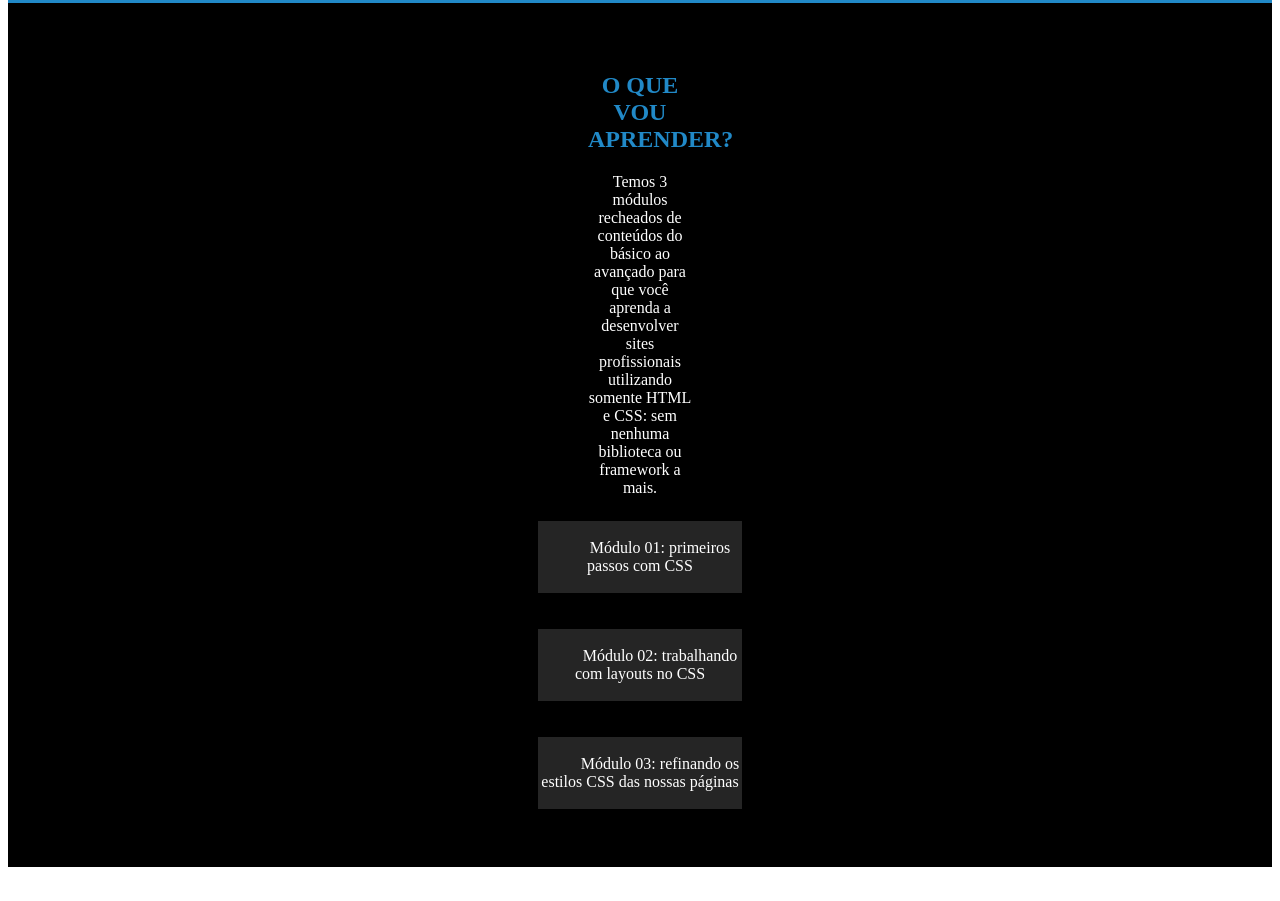
Repository: gustavotwist/trilha-css-desafio-01
Page: index.html
An editor plug-in stored every save of this project. The page is shown before and after a run of saves, followed by the edit.
The browser window is 1280 px wide. The pictures show the part of the page from y = 449 to 1350 px (the page is 2143 px tall before and 2179 px after).
A picture or video elsewhere on the page could not be fetched, so the positions and the page height are approximate.

Above is the page before, as saved 2024-07-15 18:55:26.

### index.html
<!DOCTYPE html>
<html lang="en">
<head>
  <meta charset="UTF-8">
  <meta http-equiv="X-UA-Compatible" content="IE=edge">
  <meta name="viewport" content="width=device-width, initial-scale=1.0">
  <title>Trilha de CSS - DIO</title>
  <link rel="stylesheet" href="global.css">
</head>
<body>
  <header class="banner">
    <div class="banner-content">
      <div class="logo">
        <img src="assets/images/logo.png" title="Logotipo Trilha de CSS DIO" alt="Logotipo Trilha de CSS DIO">
      </div>
      <h1>Trilha de CSS da DIO</h1>
      <p>A nova Trilha de CSS da DIO está disponível. Acesse já e aprenda do zero como desenvolver sites profissionais.</p>
      <button>Quero me inscrever</button>
    </div>
  </header>
  <main>
    <section id="course-content">
      <h2>O que vou aprender?</h2>
      <p>
        Temos 3 módulos recheados de conteúdos do básico ao avançado para que você aprenda a
        desenvolver sites profissionais utilizando somente HTML e CSS: sem nenhuma biblioteca ou framework a mais.
      </p>
      <div class="modules-list">
        <div class="module">
          <span>Módulo 01:</span> primeiros passos com CSS
        </div>
        <div class="module">
          <span>Módulo 02:</span> trabalhando com layouts no CSS
        </div>
        <div class="module">
          <span>Módulo 03:</span> refinando os estilos CSS das nossas páginas
        </div>
      </div>
    </section>
    <section id="transform-world">
      <p>TRANSFORME O MUNDO COM A GENTE</p>
    </section>
    <section id="professional-challenges">
      <h2>Evolua e encare novos desafios profissionais</h2>
      <img src="assets/images/professional-challenges.png" title="Homem lendo depoimentos em um tablet" alt="Homem lendo depoimentos em um tablet">
      <p>
        Junte-se ao nosso ecossistema e transforme o mundo com a gente! Todos os dias dezenas de empresas
        acessam a nossa plataforma em busca dos talentos mais criativos, dinâmicos e colaborativos,
        além do conhecimento técnico.
        A nossa missão é te preparar para que você conecte-se com as melhores oportunidades.
      </p>
    </section>
  </main>
  <footer>
    <img class="dio-logo" src="assets/images/dio-logo.png" title="Logotipo DIO com o texto make the change" alt="Logotipo DIO com o texto make the change">
    <p>Acesse <a href="https://dio.me">dio.me</a> e se cadastre agora</p>
  </footer>
</body>
</html>

### global.css
.banner {
    background:url('/assets/images/banner.png'), no-repeat, linear-gradient(to bottom, #030709, #030709 10%, #0a1b23 50%, #030709 95%);
    color:white;
}

h1, h2 {
    color:#2189c7;
    text-transform:uppercase;
}

.banner-content {
    text-align:center;
    padding:70px;
    margin-bottom:30px;
}

.logo img{
    width:180px;
    radial-gradient(#030709, #061216);
}

button {
   background-color:transparent;
   color:#2189c7;
   border:solid #2189c7;
   padding:1em;
   width:22em;
   text-transform:uppercase;
   word-spacing:2px;
}

#course-content{
    border-top: solid  #2189c7;
    margin-top: -30px;
    padding:50px 580px;
    text-align:center;
    background-color:#000000;
}

section, p{
    color: white;
}


.modules-list {
    white-space:pre-wrap;
    margin:-28px -50px;
    padding:-50px -40px;
}

.module {
    background-color:#252525;
    border
}

After the next 3 saves:
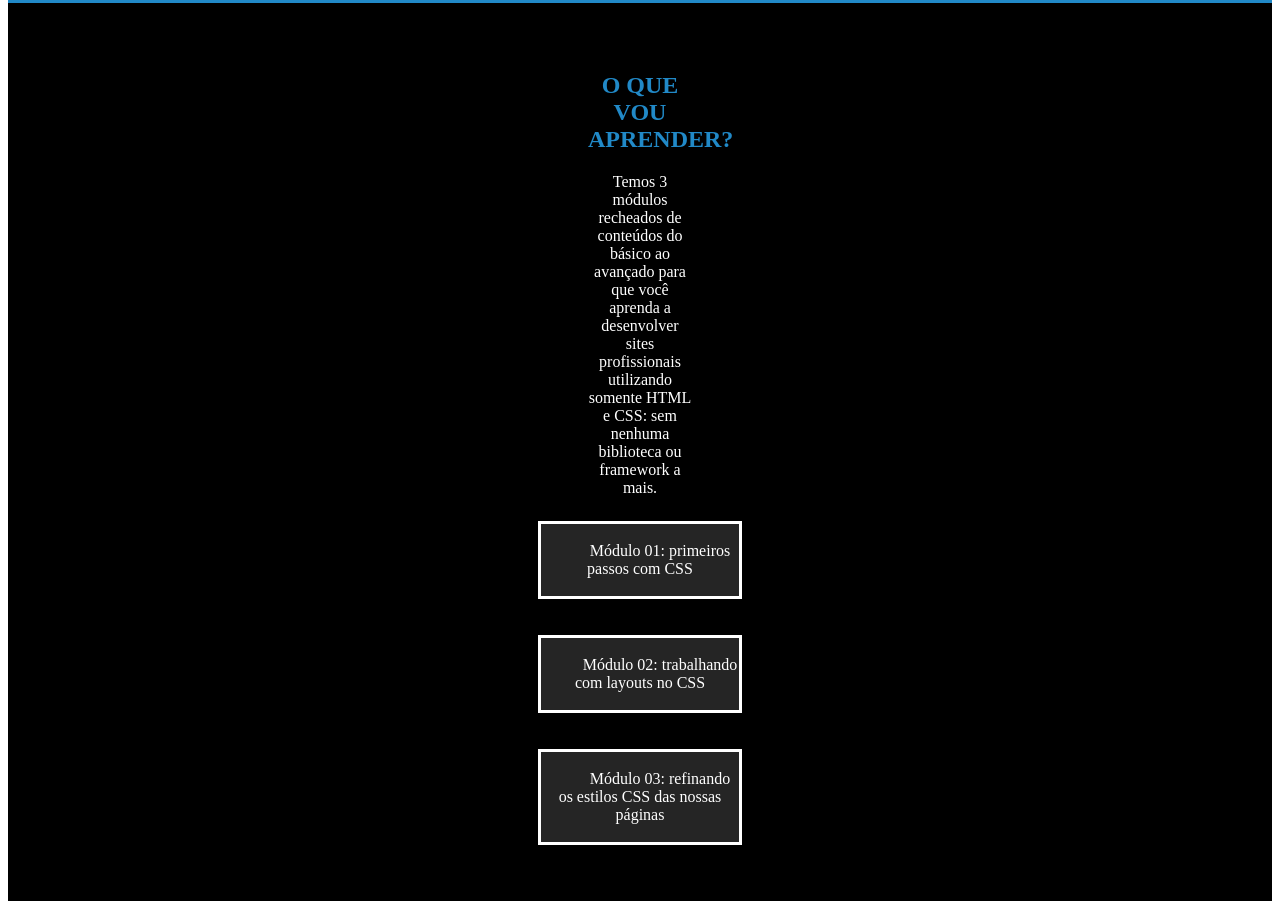
The 3 saves are shown as one change because they came seconds apart.
The last was saved 9 s later.
--- a/global.css
+++ b/global.css
@@ -50,5 +50,5 @@ section, p{
 
 .module {
     background-color:#252525;
-    border
+    border:solid ;
 }
